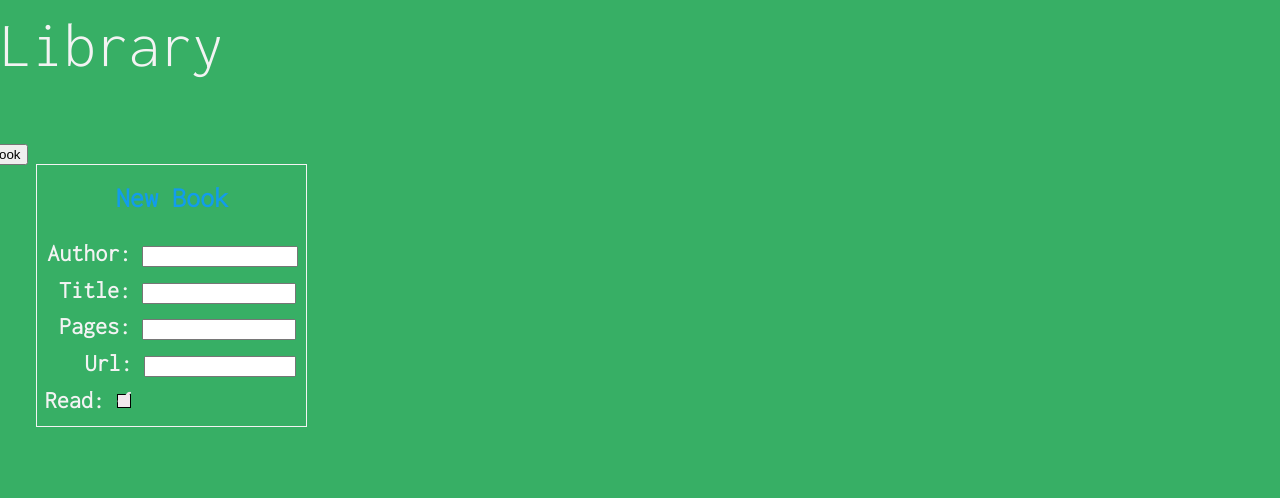
Repository: 0101chaitanya/Library
Page: index.html
An editor plug-in stored every save of this project. The page is shown before and after the next save, followed by the edit.
The browser window is 1280 px wide. The pictures show the whole page.

Above is the page before, as saved 2021-06-03 17:32:26.

### index.html
<!DOCTYPE html>
<html>

<head>
    <meta charset="UTF-8">
    <link rel="stylesheet" type="text/css" href="styles.css">

</head>

<body>
    <script type="text/javascript" src="script.js"></script>

</body>

</html>

### styles.css
  @import url('https://fonts.googleapis.com/css2?family=Inconsolata:wght@300&display=swap');
   :root {
      --color-white: #f3f3f3;
      --color-darkblue-alpha: rgba(27, 27, 50, 0.8);
      --color-green: #37af65;
  }

  *,
  *::before,
  *::after {
      box-sizing: border-box;
  }

  body {
      font-family: 'Inconsolata', monospace;
      font-size: 1rem;
      font-weight: 1000;
      line-height: 1.4;
      color: var(--color-white);
      margin: 0;
  }

  body::before {
      content: '';
      position: fixed;
      height: 100%;
      width: 100%;
      z-index: -1;
      background: var(--color-green);
  }

  h1 {
      font-weight: 400;
      font-size: 4rem;
      margin-top: 0rem;
  }
  /*
  @media (max-width: 400px) {
       :root {
          font-size: 7px;
      }
  }

  @media (min-width: 401px) and (max-width: 799px) {
       :root {
          font-size: 16px;
      }
  }

  @media (min-width: 800px) {
       :root {
          font-size: 24px;
      }
  }

  @media (min-width: 1000px) {
       :root {
          font-size: 26px;
      }
  }
   */

  #newBookButton {
      position: relative;
      left: 20%;
      top: -2rem;
      left: -4.5rem;
  }

  form {
      font-size: 1.5rem;
      text-align: center;
      display: inline-flex;
      border: 0.01rem solid;
      position: relative;
      width: auto;
      top: 2rem;
      right: 4rem;
      flex-direction: column;
      align-items: center;
      justify-content: flex-start;
      text-align: flex-start;
  }

  h3 {
      position: relative;
      margin-left: 0;
      top: -1rem;
      color: rgb(18, 156, 236);
  }

  #author {
      position: relative;
      margin-bottom: 0.2rem;
      top: -1.5rem;
      left: -0.3rem;
      max-width: fit-content;
  }

  #title,
  #pages {
      position: relative;
      margin-bottom: 0.2rem;
      max-width: auto;
      top: -1.5rem;
  }

  #url {
      position: relative;
      margin-bottom: 0.2rem;
      left: 0.8rem;
      max-width: auto;
      top: -1.5rem;
  }

  #read {
      position: relative;
      margin-bottom: 0.2rem;
      right: 5.0rem;
      top: -1.5rem;
      margin-bottom: -1rem;
  }

  #authorInput {
      position: relative;
      right: -0.70rem;
      max-width: 58.0%;
  }

  #titleInput,
  #pagesInput {
      position: relative;
      right: -0.7rem;
      max-width: 60%;
  }

  #urlInput {
      position: relative;
      right: -0.7rem;
      max-width: 65.5%;
  }

  #readInput {
      position: relative;
      right: -0.5rem;
      margin-bottom: 0.4rem;
  }

  .checkMark {
      position: relative;
      display: inline-flex;
      justify-content: center;
      align-items: center;
      left: -0.5rem;
      height: 0.9rem;
      width: 0.9rem;
      border-color: black;
      border-style: solid;
      border-width: 0.01rem;
      color: rgb(241, 232, 237);
      background: rgb(241, 232, 237);
  }

  #readInput:checked~.checkMark {
      color: rgb(26, 28, 43);
      background: rgb(235, 225, 230);
  }

### script.js
let heading = document.createElement("h1");
heading.textContent = 'Library';
document.body.appendChild(heading);
let newBook = document.createElement('button');
newBook.id = 'newBookButton';
newBook.textContent = 'Add new book';
document.body.appendChild(newBook);
let form = document.createElement('form');
h3 = document.createElement('h3');
form.appendChild(h3);

function createElmt(labelName, labelId, tipe, labelTextContent, inputId, inpId, checkMk) {
    labelName = document.createElement('label');
    labelName.textContent = labelTextContent;
    labelName.id = labelId;
    labelName.htmlFor = inputId;
    inputId = document.createElement('input');
    inputId.type = tipe;
    inputId.id = inpId;
    if (inputId.type == 'text') {
        inputId.classList.add('textBox');
    }
    labelName.appendChild(inputId);
    if (checkMk == 'read') {
        let span = document.createElement('span');
        span.className = 'checkMark';
        span.innerHTML = '&#10003';


        labelName.appendChild(span);
    }
    form.appendChild(labelName);
}
h3.textContent = `New Book`;
createElmt('author', 'author', 'text', 'Author:', 'authorInput', 'authorInput');
createElmt('title', 'title', 'text', 'Title:', 'titleInput', 'titleInput');
createElmt('pages', 'pages', 'number', 'Pages:', 'pagesInput', 'pagesInput');
createElmt('url', 'url', 'text', 'Url:', 'urlInput', 'urlInput');

createElmt('read', 'read', 'checkbox', 'Read:', 'readInput', 'readInput', 'read');
console.log('author'.id);
/*
let author = document.createElement('label');
author.textContent = 'Author :';
author.htmlFor = 'authorInput';
let authorInput = document.createElement('input');
authorInput.id = 'authorInput';
author.appendChild(authorInput);
document.body.appendChild(author);
 */


function setBookObj(author, title, pages, readStatus, refUrl) {
    this.author = author;
    this.title = title;
    this.pages = pages;
    this.readStatus = readStatus;
    this.refUrl = refUrl;
}
document.body.appendChild(form);

After the next save:
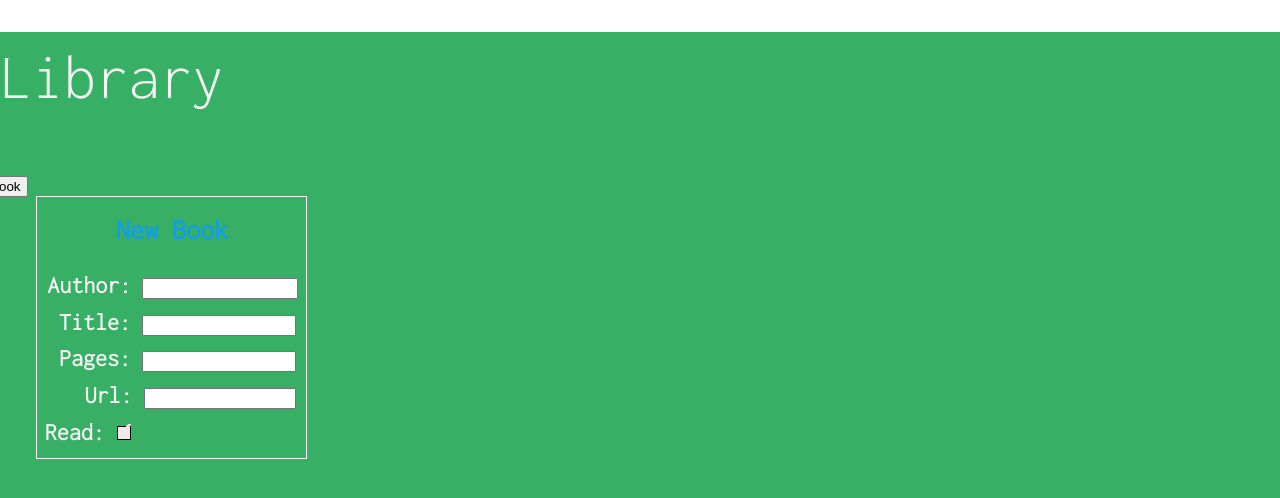
Saved 6 s later.
--- a/styles.css
+++ b/styles.css
@@ -32,7 +32,7 @@
   h1 {
       font-weight: 400;
       font-size: 4rem;
-      margin-top: 0rem;
+      margin-top: 2rem;
   }
   /*
   @media (max-width: 400px) {

After the save that followed:
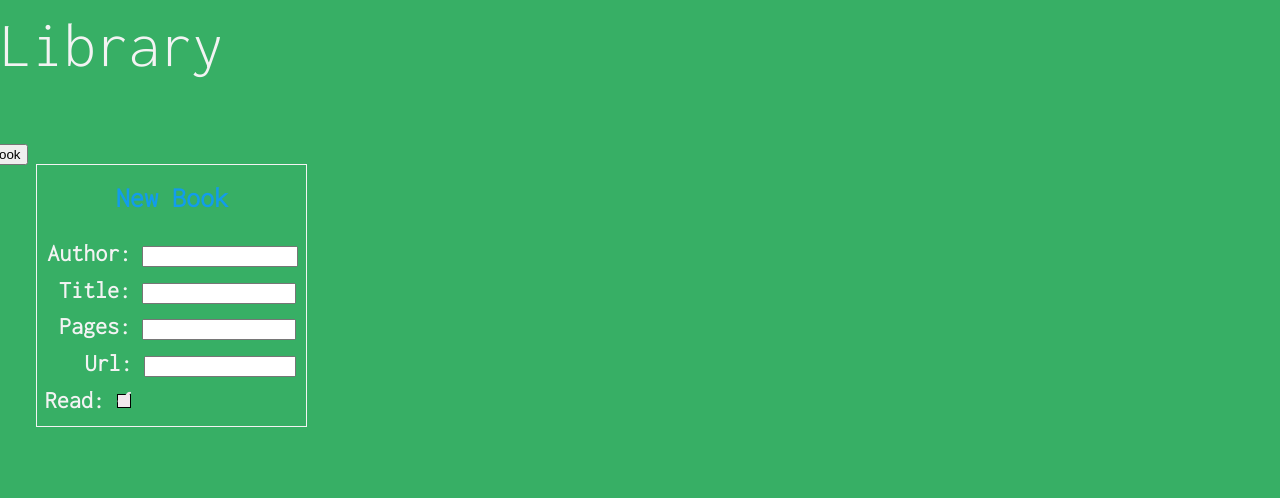
Saved 4 s later.
--- a/styles.css
+++ b/styles.css
@@ -32,7 +32,7 @@
   h1 {
       font-weight: 400;
       font-size: 4rem;
-      margin-top: 2rem;
+      margin-top: 0rem;
   }
   /*
   @media (max-width: 400px) {
